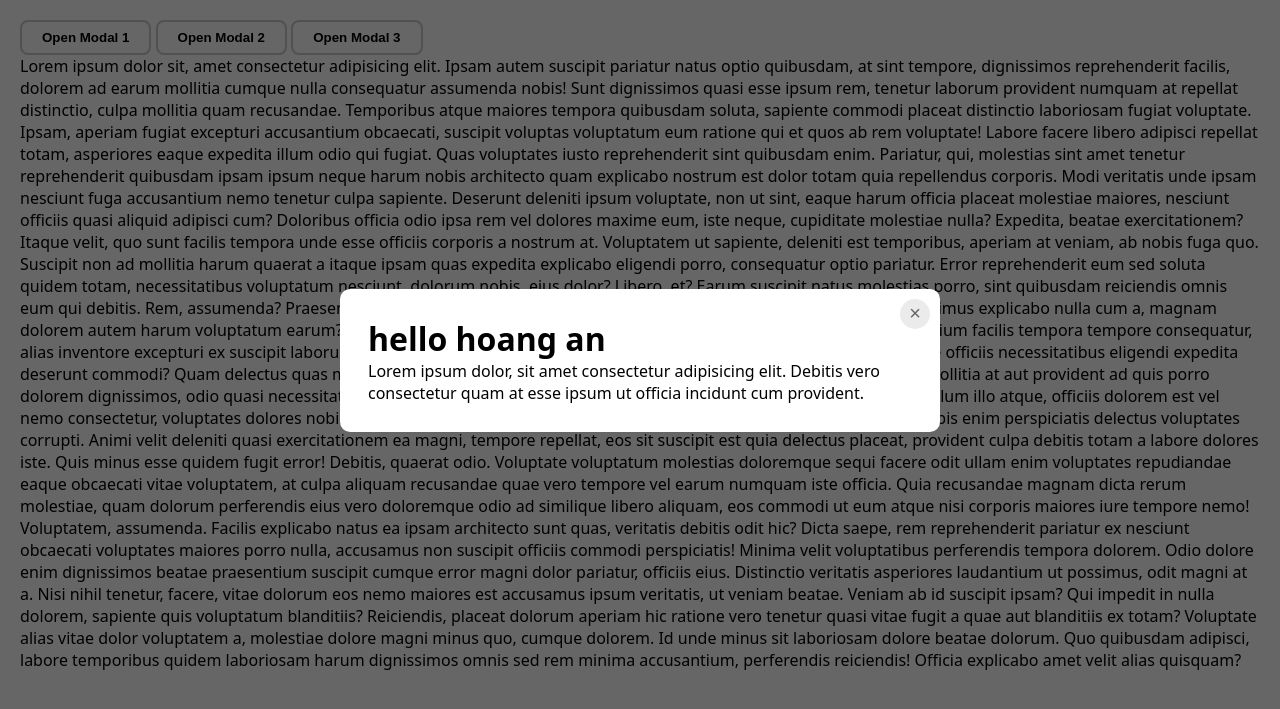
Repository: hoangan3526/Javascript-project
Page: index.html
The author's editor kept a copy of each file at every save. The page is drawn from the files as they stood at one save, then again after the next save.
The browser window is 1280 px wide. The pictures show the whole page.
After loading, the first visible `#open-modal-1` was clicked once.

Above is the page before, as saved 2026-04-29 07:29:22.

### index.html
<!DOCTYPE html>
<html lang="en">
    <head>
        <meta charset="UTF-8" />
        <meta name="viewport" content="width=device-width, initial-scale=1.0" />
        <title>Modal</title>
        <link rel="stylesheet" href="style.css" />
    </head>
    <body>
        <main>
            <button id="open-modal-1" class="btn">Open Modal 1</button>
            <button id ="open-modal-2" class="btn">Open Modal 2</button>

            <button id="open-modal-3" class="btn">Open Modal 3</button>

            <p>Lorem ipsum dolor sit, amet consectetur adipisicing elit. Ipsam autem suscipit pariatur natus optio quibusdam, at sint tempore, dignissimos reprehenderit facilis, dolorem ad earum mollitia cumque nulla consequatur assumenda nobis!
            Sunt dignissimos quasi esse ipsum rem, tenetur laborum provident numquam at repellat distinctio, culpa mollitia quam recusandae. Temporibus atque maiores tempora quibusdam soluta, sapiente commodi placeat distinctio laboriosam fugiat voluptate.
            Ipsam, aperiam fugiat excepturi accusantium obcaecati, suscipit voluptas voluptatum eum ratione qui et quos ab rem voluptate! Labore facere libero adipisci repellat totam, asperiores eaque expedita illum odio qui fugiat.
            Quas voluptates iusto reprehenderit sint quibusdam enim. Pariatur, qui, molestias sint amet tenetur reprehenderit quibusdam ipsam ipsum neque harum nobis architecto quam explicabo nostrum est dolor totam quia repellendus corporis.
            Modi veritatis unde ipsam nesciunt fuga accusantium nemo tenetur culpa sapiente. Deserunt deleniti ipsum voluptate, non ut sint, eaque harum officia placeat molestiae maiores, nesciunt officiis quasi aliquid adipisci cum?
            Doloribus officia odio ipsa rem vel dolores maxime eum, iste neque, cupiditate molestiae nulla? Expedita, beatae exercitationem? Itaque velit, quo sunt facilis tempora unde esse officiis corporis a nostrum at.
            Voluptatem ut sapiente, deleniti est temporibus, aperiam at veniam, ab nobis fuga quo. Suscipit non ad mollitia harum quaerat a itaque ipsam quas expedita explicabo eligendi porro, consequatur optio pariatur.
            Error reprehenderit eum sed soluta quidem totam, necessitatibus voluptatum nesciunt, dolorum nobis, eius dolor? Libero, et? Earum suscipit natus molestias porro, sint quibusdam reiciendis omnis eum qui debitis. Rem, assumenda?
            Praesentium neque atque repellendus dolor et est, debitis ullam facilis quia optio, possimus explicabo nulla cum a, magnam dolorem autem harum voluptatum earum? Minus esse placeat est cumque corporis repudiandae!
            Soluta cum, quo laudantium facilis tempora tempore consequatur, alias inventore excepturi ex suscipit laborum, adipisci ipsam! Fuga iusto, doloribus nisi voluptatibus possimus esse maxime officiis necessitatibus eligendi expedita deserunt commodi?
            Quam delectus quas maxime eaque, similique repudiandae incidunt nobis tempore veritatis? Sequi, mollitia at aut provident ad quis porro dolorem dignissimos, odio quasi necessitatibus omnis accusamus nam rem, deleniti numquam.
            Optio maxime reiciendis, illum illo atque, officiis dolorem est vel nemo consectetur, voluptates dolores nobis pariatur aliquam. Quis reprehenderit, nesciunt, harum officiis incidunt iste, nobis enim perspiciatis delectus voluptates corrupti.
            Animi velit deleniti quasi exercitationem ea magni, tempore repellat, eos sit suscipit est quia delectus placeat, provident culpa debitis totam a labore dolores iste. Quis minus esse quidem fugit error!
            Debitis, quaerat odio. Voluptate voluptatum molestias doloremque sequi facere odit ullam enim voluptates repudiandae eaque obcaecati vitae voluptatem, at culpa aliquam recusandae quae vero tempore vel earum numquam iste officia.
            Quia recusandae magnam dicta rerum molestiae, quam dolorum perferendis eius vero doloremque odio ad similique libero aliquam, eos commodi ut eum atque nisi corporis maiores iure tempore nemo! Voluptatem, assumenda.
            Facilis explicabo natus ea ipsam architecto sunt quas, veritatis debitis odit hic? Dicta saepe, rem reprehenderit pariatur ex nesciunt obcaecati voluptates maiores porro nulla, accusamus non suscipit officiis commodi perspiciatis!
            Minima velit voluptatibus perferendis tempora dolorem. Odio dolore enim dignissimos beatae praesentium suscipit cumque error magni dolor pariatur, officiis eius. Distinctio veritatis asperiores laudantium ut possimus, odit magni at a.
            Nisi nihil tenetur, facere, vitae dolorum eos nemo maiores est accusamus ipsum veritatis, ut veniam beatae. Veniam ab id suscipit ipsam? Qui impedit in nulla dolorem, sapiente quis voluptatum blanditiis?
            Reiciendis, placeat dolorum aperiam hic ratione vero tenetur quasi vitae fugit a quae aut blanditiis ex totam? Voluptate alias vitae dolor voluptatem a, molestiae dolore magni minus quo, cumque dolorem.
            Id unde minus sit laboriosam dolore beatae dolorum. Quo quibusdam adipisci, labore temporibus quidem laboriosam harum dignissimos omnis sed rem minima accusantium, perferendis reiciendis! Officia explicabo amet velit alias quisquam?</p>
        </main>
        <template id ="modal-1">
            <h1>hello hoang an</h1>
            <p> Lorem ipsum dolor, sit amet consectetur adipisicing elit. Debitis vero consectetur quam at esse ipsum ut officia incidunt cum provident.</p>
        </template>
        <template id="modal-2">
            <h1>Login</h1>
            <form action="" id="login-form">
                <input
                    type="email"
                    placeholder="Enter your email..."
                    id="email"
                />
                <br />
                <input
                    type="password"
                    placeholder="Enter your password..."
                    id="password"
                />
                <br />
                <button type="submit">Login</button>
            </form>
        </template>
        <!-- Modal -->

        <script src="main.js"></script>
    </body>
</html>

### style.css
* {
    margin: 0;
    padding: 0;
    box-sizing: border-box;
}

html {
    font-size: 62.5%;
}

body {
    font-size: 1.6rem;
    font-family: system-ui, -apple-system, BlinkMacSystemFont, "Segoe UI",
        Roboto, Oxygen, Ubuntu, Cantarell, "Open Sans", "Helvetica Neue",
        sans-serif;
}
main {
    margin: 20px;
}

.btn {
    border: 2px solid #ccc;
    border-radius: 8px;
    padding: 8px 20px;
    font-weight: 600;
}
button {
    border: none;
    outline: none;
    background: transparent;
    cursor: pointer;
}

.modal-backdrop {
    position: fixed;
    inset: 0;
    display: flex;
    align-items: center;
    justify-content: center;
    background: rgba(0, 0, 0, 0.6);
    opacity: 0;
    visibility: hidden;
    transition: opacity, visibility;
    transition-duration: 0.3s;
}

.modal-backdrop.show {
    opacity: 1;
    visibility: visible;
}

.modal-backdrop.show .modal-container {
    transform: scale(1);
}

.modal-container {
    position: relative;
    width: min(600px, 90%);
    padding: 28px;
    border-radius: 10px;
    background: #fff;
    transform: scale(0);
    transition: transform 0.3s;
}

.modal-close {
    position: absolute;
    top: 10px;
    right: 10px;
    width: 30px;
    height: 30px;
    border-radius: 50%;
    color: #666;
    background: #ebebeb;
    font-size: 2rem;
}

.modal-close:hover {
    color: #333;
}

.modal-content {
    max-height: 80vh;
    overflow-y: auto;
}
.not-scrooling{
    overflow: hidden;
}

### main.js
const $ = document.querySelector.bind(document);
const $$ = document.querySelectorAll.bind(document);

function Modal() {
    function getScrollbarWidth() {
        if (getScrollbarWidth.value) return getScrollbarWidth.value;

        const div = document.createElement("div");
        Object.assign(div.style, {
            overflow: "scroll",
            position: "absolute",
            top: "-9999px",
        });

        document.body.appendChild(div);
        const scrollbarWidth = div.offsetWidth - div.clientWidth;
        document.body.removeChild(div);

        getScrollbarWidth.value = scrollbarWidth;

        return scrollbarWidth;
    }

    this.openModal = (options = {}) => {
        const { templateId, allowBackdropClose = true } = options;
        const template = $(`#${templateId}`);

        if (!template) {
            console.error(`#${templateId} does not exist!`);
            return;
        }

        const content = template.content.cloneNode(true);

        // Create modal elements
        const backdrop = document.createElement("div");
        backdrop.className = "modal-backdrop";

        const container = document.createElement("div");
        container.className = "modal-container";

        const closeBtn = document.createElement("button");
        closeBtn.className = "modal-close";
        closeBtn.innerHTML = "&times;";

        const modalContent = document.createElement("div");
        modalContent.className = "modal-content";

        // Append content and elements
        modalContent.append(content);
        container.append(closeBtn, modalContent);
        backdrop.append(container);
        document.body.append(backdrop);

        setTimeout(() => {
            backdrop.classList.add("show");
        }, 0);

        // Disable scrolling
        document.body.classList.add("no-scroll");
        document.body.style.paddingRight = getScrollbarWidth() + "px";

        // Attach event listeners
        closeBtn.onclick = () => this.closeModal(backdrop);

        if (allowBackdropClose) {
            backdrop.onclick = (e) => {
                if (e.target === backdrop) {
                    this.closeModal(backdrop);
                }
            };
        }

        document.addEventListener("keydown", (e) => {
            if (e.key === "Escape") {
                this.closeModal(backdrop);
            }
        });

        return backdrop;
    };

    this.closeModal = (modalElement) => {
        modalElement.classList.remove("show");
        modalElement.ontransitionend = () => {
            modalElement.remove();

            // Enable scrolling
            document.body.classList.remove("no-scroll");
            document.body.style.paddingRight = "";
        };
    };
}

const modal = new Modal();

$("#open-modal-1").onclick = () => {
    const modalElement = modal.openModal({
        templateId: "modal-1",
    });

    const img = modalElement.querySelector("img");
    console.log(img);
};

$("#open-modal-2").onclick = () => {
    const modalElement = modal.openModal({
        templateId: "modal-2",
        allowBackdropClose: false,
    });

    const form = modalElement.querySelector("#login-form");
    if (form) {
        form.onsubmit = (e) => {
            e.preventDefault();
            const formData = {
                email: $("#email").value.trim(),
                password: $("#password").value.trim(),
            };

            console.log(formData);
        };
    }
};

After the next save:
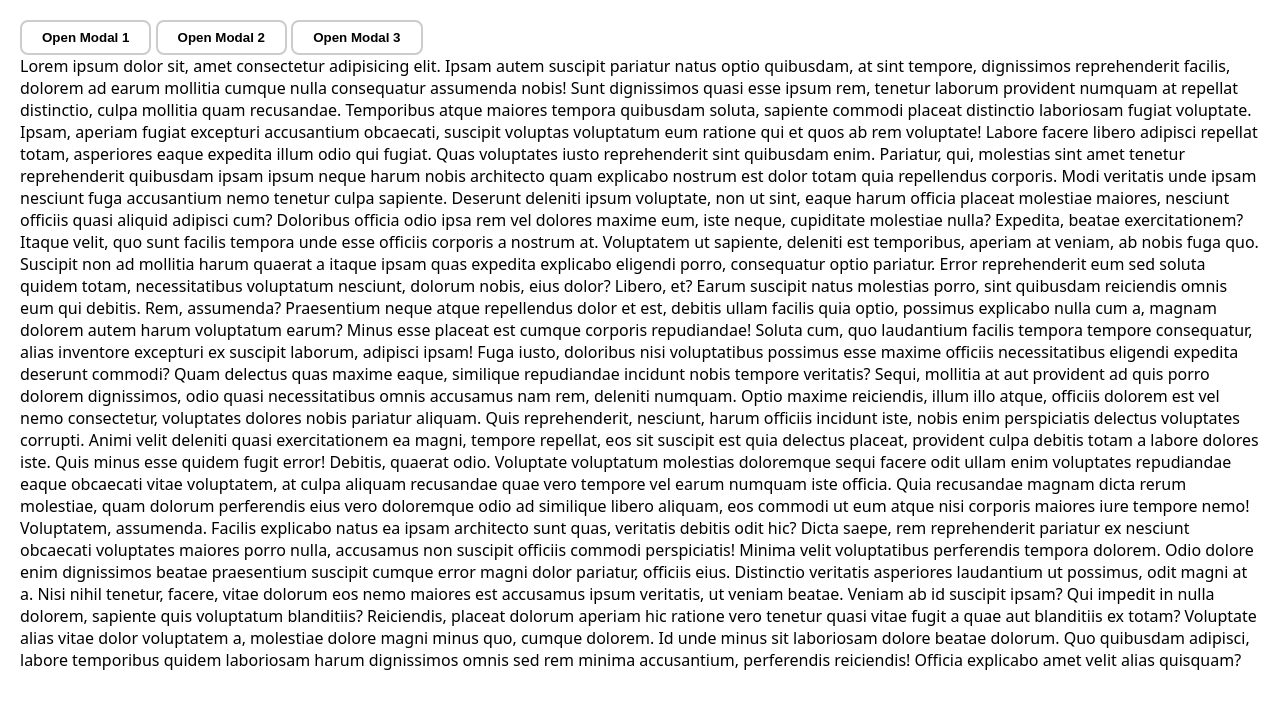
Console error: TypeError: modal.openModal is not a function
Saved 5 min 49 s later.
--- a/main.js
+++ b/main.js
@@ -1,7 +1,15 @@
 const $ = document.querySelector.bind(document);
 const $$ = document.querySelectorAll.bind(document);
 
-function Modal() {
+function Modal(options = {}) {
+    const { templateId, closemethods =["button" , "overlay", "escape"] } = options;
+        const template = $(`#${templateId}`);
+
+        if (!template) {
+            console.error(`#${templateId} does not exist!`);
+            return;
+        }
+        this._allowEscapeClose = closemethods.includes("escape");
     function getScrollbarWidth() {
         if (getScrollbarWidth.value) return getScrollbarWidth.value;
 
@@ -21,14 +29,8 @@ function Modal() {
         return scrollbarWidth;
     }
 
-    this.openModal = (options = {}) => {
-        const { templateId, allowBackdropClose = true } = options;
-        const template = $(`#${templateId}`);
+    this.openModal = () => {
 
-        if (!template) {
-            console.error(`#${templateId} does not exist!`);
-            return;
-        }
 
         const content = template.content.cloneNode(true);
 
@@ -70,12 +72,13 @@ function Modal() {
                 }
             };
         }
-
-        document.addEventListener("keydown", (e) => {
-            if (e.key === "Escape") {
-                this.closeModal(backdrop);
-            }
-        });
+        if(this._allowEscapeClose){
+            document.addEventListener("keydown", (e) => {
+                if (e.key === "Escape") {
+                    this.closeModal(backdrop);
+                }
+            });
+        }
 
         return backdrop;
     };
